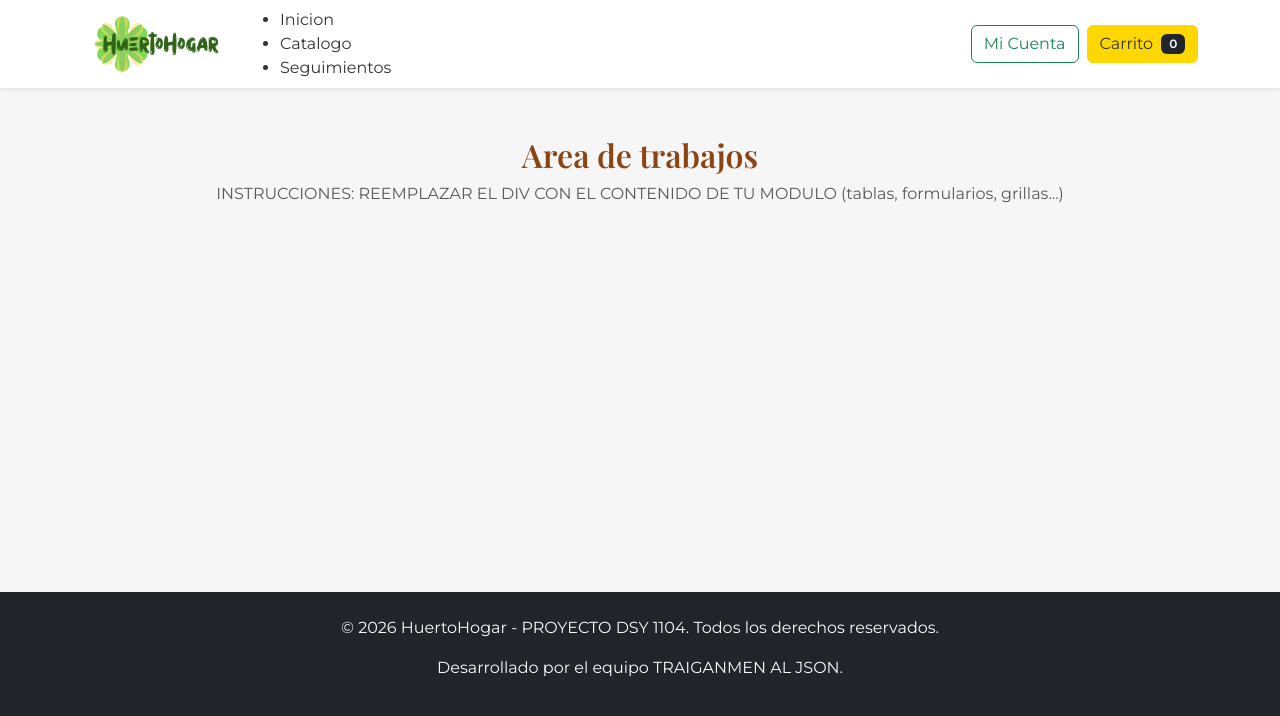
Repository: RottZen/Ev_1_Huerto_Hogar
Page: 7_comunes/plantilla.html
The author's editor kept a copy of each file at every save. The page is drawn from the files as they stood at one save, then again after the next save.
The browser window is 1280 px wide. The pictures show the whole page.

Above is the page before, as saved 2026-09-08 02:37:10.

After the next save:
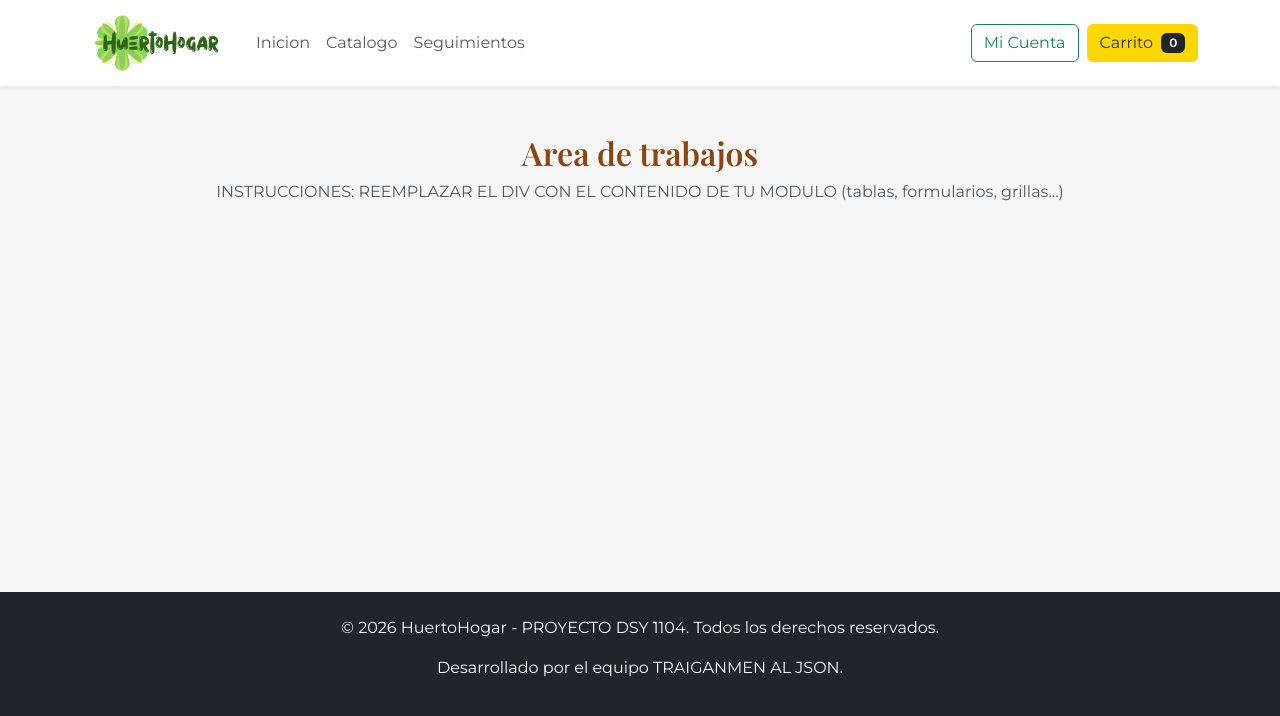
Saved 29 s later.
--- a/7_comunes/plantilla.html
+++ b/7_comunes/plantilla.html
@@ -22,7 +22,7 @@
                 </button>
 
                 <div class="collapse navbar-collapse" id="menuNavegacion">
-                    <ul class="navbar-nav- me-auto mb-2 mb-lg-0">
+                    <ul class="navbar-nav me-auto mb-2 mb-lg-0">
                         <li class="nav-item"><a class="nav-link" href="../1_inicio/index.html">Inicion</a></li>
                         <li class="nav-item"><a class="nav-link" href="../2_catalogo/catalogo.html">Catalogo</a></li>
                         <li class="nav-item"><a class="nav-link" href="../6_seguimiento/rastreo.html">Seguimientos</a></li>
